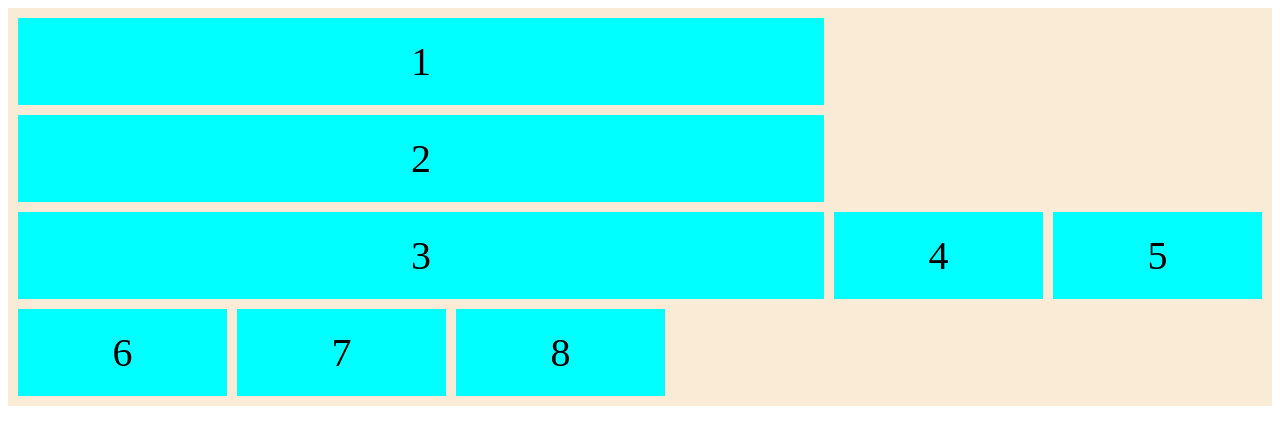
Repository: Thonghehe/Lab1_WEB106
Page: index11.html
An editor plug-in stored every save of this project. The page is shown before and after the next save, followed by the edit.
The browser window is 1280 px wide. The pictures show the whole page.

Above is the page before, as saved 2024-03-05 18:04:15.

After the next save:
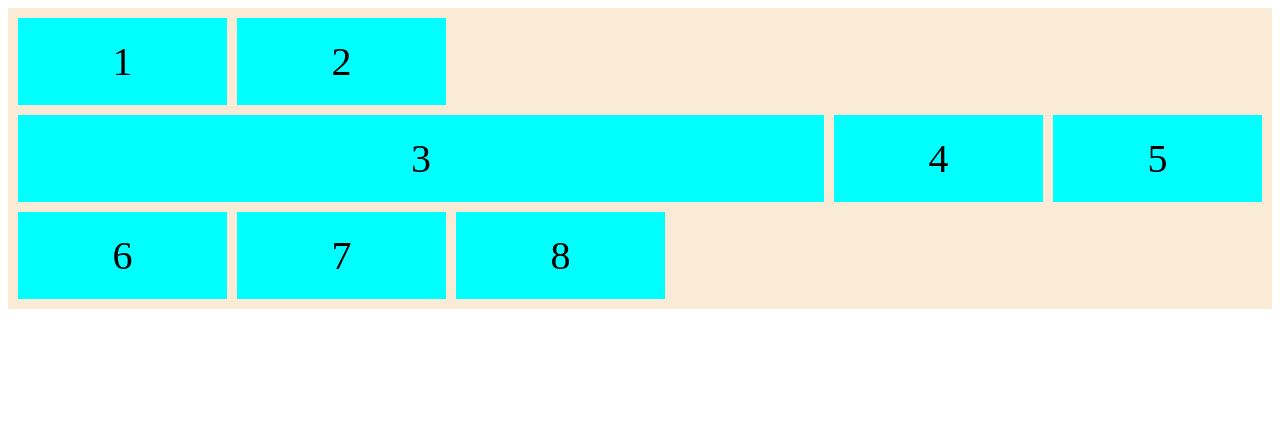
Saved 33 s later.
--- a/style.css
+++ b/style.css
@@ -14,7 +14,10 @@
 }
 
 .item1,
-.item2,
+.item2 {
+    grid-row: 1/4;
+}
+
 .item3 {
     grid-column: 1/5;
 }
